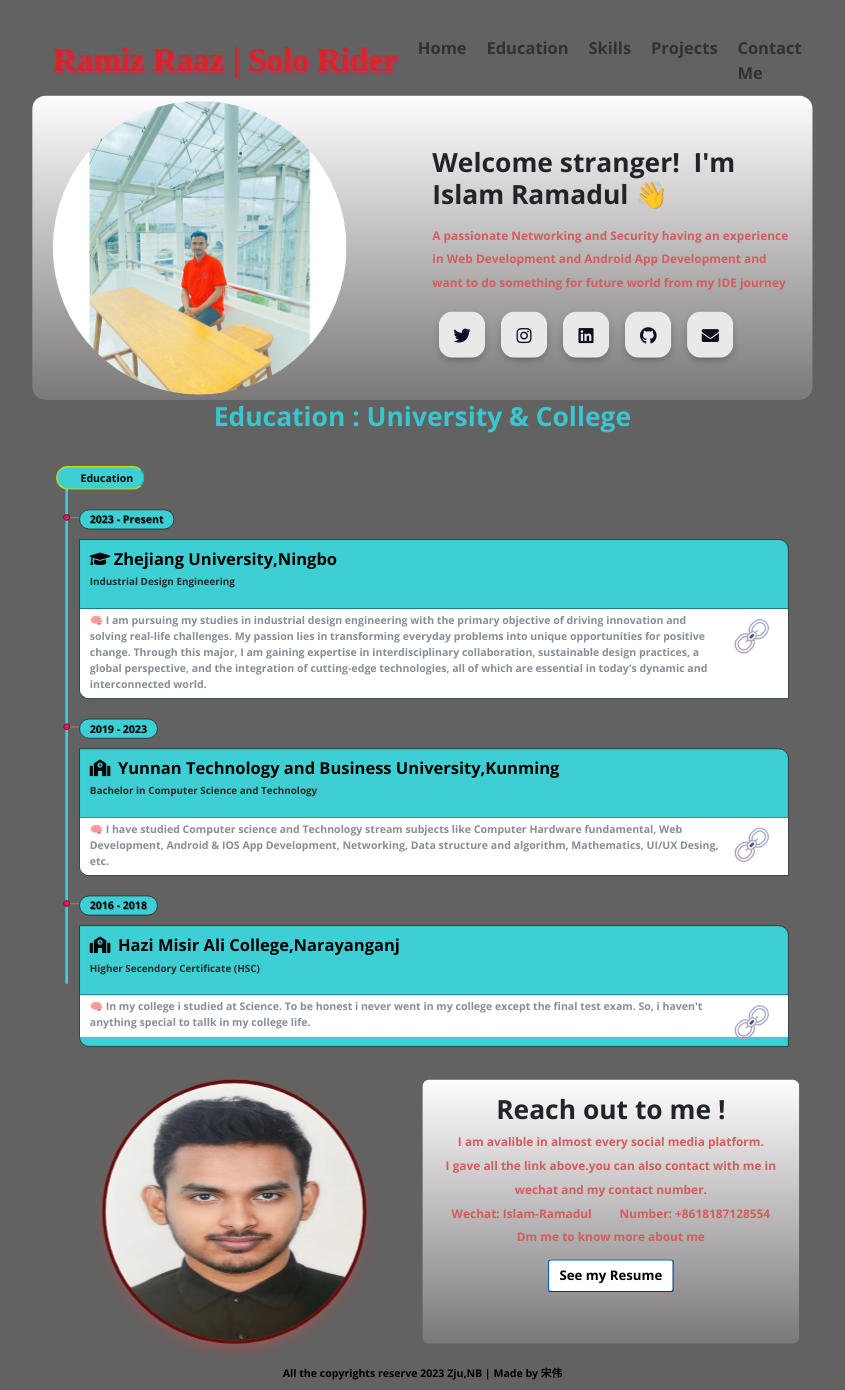
Repository: ramizraaz/ZjuProtfolio
Page: index.html
These files come from the project's save history. The page is drawn as it stood at one moment and after the next save; the edit follows.
The browser window is 1280 px wide. The pictures show the whole page, at 66% of full size.
The pointer rests on the first visible `.Resume`.
Some web fonts or font styles are not loaded; a fallback is used. Some web libraries are served in a nearby version.

Above is the page before, as saved 2023-10-08 19:53:06.

### index.html
<!DOCTYPE html>
<html lang="en" dir="ltr">

<head>
    <meta charset="utf-8">
    <meta name="viewport" content="width=device-width,initial-scale=1">
    <title>宋伟's Profile | Personal website</title>
    <link rel="icon" href="Image/RR.png">
    <link rel="stylesheet" href="https://stackpath.bootstrapcdn.com/bootstrap/4.5.0/css/bootstrap.min.css" integrity="sha384-9aIt2nRpC12Uk9gS9baDl411NQApFmC26EwAOH8WgZl5MYYxFfc+NcPb1dKGj7Sk" crossorigin="anonymous">
    <link rel="stylesheet" href="style.css">
    <link href="https://fonts.googleapis.com/css2?family=Arizonia&family=Montserrat:wght@400;800&display=swap" rel="stylesheet">
    <link href="https://fonts.googleapis.com/css2?family=Open+Sans:wght@700&display=swap" rel="stylesheet">
    <link rel="stylesheet" href="https://use.fontawesome.com/releases/v5.4.1/css/all.css" />
    <link rel="stylesheet" href="https://cdnjs.cloudflare.com/ajax/libs/font-awesome/5.13.1/css/all.min.css">
    <script src="https://code.jquery.com/jquery-3.5.1.slim.min.js" integrity="sha384-DfXdz2htPH0lsSSs5nCTpuj/zy4C+OGpamoFVy38MVBnE+IbbVYUew+OrCXaRkfj" crossorigin="anonymous"></script>
    <script src="https://cdn.jsdelivr.net/npm/popper.js@1.16.0/dist/umd/popper.min.js" integrity="sha384-Q6E9RHvbIyZFJoft+2mJbHaEWldlvI9IOYy5n3zV9zzTtmI3UksdQRVvoxMfooAo" crossorigin="anonymous"></script>
    <script src="https://stackpath.bootstrapcdn.com/bootstrap/4.5.0/js/bootstrap.min.js" integrity="sha384-OgVRvuATP1z7JjHLkuOU7Xw704+h835Lr+6QL9UvYjZE3Ipu6Tp75j7Bh/kR0JKI" crossorigin="anonymous"></script>
</head>

<body class="container-fluid body_section">
    <header>
        <nav class="navbar navbar-expand-lg navbar-light ">
            <a class="navbar-brand brand-name" href="#">Ramiz Raaz | Solo Rider</a>
            <button class="navbar-toggler" type="button" data-toggle="collapse" data-target="#navbarSupportedContent" aria-controls="navbarSupportedContent" aria-expanded="false" aria-label="Toggle navigation">
                  <span class="navbar-toggler-icon"></span>
                </button>
            <div class="collapse navbar-collapse" id="navbarSupportedContent">
                <ul class="navbar-nav ml-auto">
                    <li class="nav-item">
                        <a class="nav-link headerachor" href="index.html">Home</a>
                    </li>

                    <li class="nav-item">
                        <a class="nav-link headerachor" href="#Education">Education</a>
                    </li>
                    <li class="nav-item">
                        <a class="nav-link headerachor" href="">Skills</a>
                    </li>
                    <li class="nav-item">
                        <a class="nav-link headerachor" href="">Projects</a>
                    </li>
                    <li class="nav-item">
                        <a class="nav-link headerachor" href="">Contact Me</a>
                    </li>
                </ul>
        </nav>
    </header>
    <!-- Intro Section -->
    <section id="Home">
        <div class="row column1">
            <div class="col-lg-6 col-md-6 first-image">
                <img class="boyimage" src="img/me.gif" alt="">
            </div>
            <div class="col-lg-6 section-1">
                <h1 class="Hello">Welcome stranger!&nbsp&nbspI'm Islam Ramadul <span class="wave">👋</span></h1>
                <p>A passionate Networking and Security having an experience in Web Development and Android App Development and want to do something for future world from my IDE journey</p>
                <div class=social_media_icon>
                    <a class="btn" href="https://twitter.com/ramiz_raaz" target=_blank>
                        <i class="fab fa-twitter"></i>
                    </a>
                    <a class="btn" href="https://www.instagram.com/ramiz_raaz/" target=_blank>
                        <i class="fab fa-instagram"></i>
                    </a>
                    <a class="btn" href="https://www.linkedin.com/" target=_blank>
                        <i class="fab fa-linkedin" aria-hidden="true"></i>
                    </a>
                    <a class="btn" href="https://github.com/ramizraaz" target=_blank>
                        <i class="fab fa-github"></i>
                    </a>
                    <a class="btn" href="mailto:romiz.romeo.raaz@gmail.com/" target=_blank>
                        <i class="fa fa-envelope"></i>
                    </a>
                </div>
            </div>
    </section>
    <!-- Education Section -->
    <section id="Education">
        <div class="container">
            <div class="Heading">
                <h1>Education : University & College</h1>
                <br>
            </div>
            <div class="timeline">
                <div class="timeline-month">
                    Education
                </div>
                <div class="timeline-section">
                    <div class="timeline-date">
                        2023 - Present
                    </div>
                    <div class="row">
                        <div class="col-lg">
                            <div class="timeline-box">
                                <div class="box-title">
                                    <i class="fas fa-graduation-cap" aria-hidden="true"></i>Zhejiang University,Ningbo
                                    <p class="degree">Industrial Design Engineering</p>
                                </div>
                                <div class="box-content">
                                    <a class="btn-sm  float-right" role="button" href="https://www.zju.edu.cn/english/" target=_blank><img src="img/BTN.png" alt="visit here"></a>
                                    <div class="box-item">🧠 I am pursuing my studies in industrial design engineering with the primary objective of driving innovation and solving real-life challenges. My passion lies in transforming everyday problems into unique opportunities
                                        for positive change. Through this major, I am gaining expertise in interdisciplinary collaboration, sustainable design practices, a global perspective, and the integration of cutting-edge technologies, all of which
                                        are essential in today's dynamic and interconnected world.</div>
                                </div>
                            </div>
                        </div>
                    </div>
                </div>

                <div class="timeline-section">
                    <div class="timeline-date">
                        2019 - 2023
                    </div>
                    <div class="row">
                        <div class="col-lg">
                            <div class="timeline-box">
                                <div class="box-title">
                                    <i class="fas fa-school" aria-hidden="true"></i> Yunnan Technology and Business University,Kunming
                                    <p class="degree">Bachelor in Computer Science and Technology</p>
                                </div>
                                <div class="box-content">
                                    <a class="btn-sm  float-right" role="button" href="https://www.ytbu.edu.cn/" target=_blank><img src="img/BTN.png" alt="visit here"></a>
                                    <div class="box-item ">🧠 I have studied Computer science and Technology stream subjects like Computer Hardware fundamental, Web Development, Android & IOS App Development, Networking, Data structure and algorithm, Mathematics, UI/UX Desing,
                                        etc.
                                    </div>

                                </div>
                            </div>
                        </div>
                    </div>
                </div>

                <div class="timeline-section ">
                    <div class="timeline-date ">
                        2016 - 2018
                    </div>
                    <div class="row ">
                        <div class="col-lg ">
                            <div class="timeline-box ">
                                <div class="box-title ">
                                    <i class="fas fa-school " aria-hidden="true "></i> Hazi Misir Ali College,Narayanganj
                                    <p class="degree "> Higher Secendory Certificate (HSC)</p>
                                </div>
                                <div class="box-content ">
                                    <a class="btn-sm float-right " role="button" href="http://hmuc.edu.bd/" target=_blank><img src="img/BTN.png" alt="visit here"></a>
                                    <div class="box-item ">🧠 In my college i studied at Science. To be honest i never went in my college except the final test exam. So, i haven't anything special to tallk in my college life.</div>
                                    <div class="box-item "><b>
                                </div>
                            </div>
                        </div>
                    </div>
                </div>
            </div>
        </div>
    </section>
<!-- Contact Section -->
<section id="contact">
    <div class="row first-section">
        <div class="col-lg-6 col-md-6">
            <img class = "Profilepic" src="img/me.jpg" alt="">
        </div>
        <div class="col-lg-6 col-md-6 context">
            <h1>Reach out to me !</h1>
            <p>I am avalible in almost every social media platform.<br>
                I gave all the link above.you can also contact with me in wechat and my contact number.<br>
                Wechat: Islam-Ramadul &nbsp; &nbsp; &nbsp; &nbsp; Number: +8618187128554 <br>Dm me to know more about me</p>
                <a href="JCRN  Resume.pdf" target=_blank><button type="button" class=" btn-primary btn-lg Resume">See my Resume</button></a>
         </div>
    </div>
    </section>

    <footer class=footer>All the copyrights reserve 2023 Zju,NB | Made by 宋伟</footer>
</body>

</html>

### style.css
body {
    font-family: 'Open Sans', sans-serif;
    margin: 0;
    background: #b1adad;
    animation: pulse 10s infinite;
}

@keyframes pulse {
    0% {
        background: #F2F2F2;
    }
    10% {
        background: #FFFFFF;
    }
    20% {
        background: #d6d6d6e2;
        ;
    }
    30% {
        background: #acacacd8;
    }
    40% {
        background: #6b6b6bcf;
    }
    50% {
        background: #484848;
    }
    60% {
        background: #292929c8;
    }
    70% {
        background: #2f2e2ebc;
    }
    80% {
        background: #242424bb;
    }
    90% {
        background: #1e1e1ef7;
    }
    100% {
        background: #a6a6a6;
    }
}

.body_section {
    padding: 3% 5% 1%;
}

p {
    font-size: 18px;
}

a {
    text-decoration: none;
}

@font-face {
    font-family: "Lovely Home";
    src: local('Lovely Home'), url("Image/LovelyHome-9aBZ.ttf") format('truetype');
}

.brand-name,
.navbar-light .navbar-brand {
    font-family: "Lovely Home";
    font-size: 50px;
    font-weight: bold;
    color: #d72525e4;
    text-shadow: 2px 2px 4px #e71f4a;
}

.headerachor {
    margin: 0 7px 0 7px;
    border-radius: 15px;
    font-size: 25px;
}

.headerachor:hover {
    background-color: #ffffff82;
}


/* Section 1 */

.column1 {
    background-image: linear-gradient(#fefcfe, #7a7878);
    padding: 8px 16px;
    border-radius: 20px;
}

.section-1 {
    margin-top: 6%;
    text-align: left;
    position: relative;
}

span.wave {
    animation-name: wave-animation;
    animation-duration: 2.5s;
    animation-iteration-count: infinite;
    transform-origin: 70% 70%;
    display: inline-block;
}

@keyframes wave-animation {
    0% {
        transform: rotate( 0.0deg)
    }
    10% {
        transform: rotate(-10.0deg)
    }
    20% {
        transform: rotate( 12.0deg)
    }
    30% {
        transform: rotate(-10.0deg)
    }
    40% {
        transform: rotate( 9.0deg)
    }
    50% {
        transform: rotate( 0.0deg)
    }
    100% {
        transform: rotate( 0.0deg)
    }
}

.boyimage {
    height: 445px;
    border-radius: 50%;
}

@media only screen and (max-width: 1183px) {
    .first-image {
        right: 160px;
    }
}

.Image-boy {
    text-align: center;
    align-items: center;
}

@media only screen and (min-width:951px) {
    .Image-boy {
        display: none;
    }
}

.Hello {
    margin-bottom: 20px;
}

p {
    line-height: 2;
    color: #d35d5d;
}

.btn {
    display: inline-block;
    width: 4.37rem;
    height: 4.37rem;
    background: #e9e9e9;
    padding: 0px 0px;
    margin: 10px;
    border-radius: 30%;
    box-shadow: 0 5px 15px -5px #00000070;
    color: #0f0d20;
    overflow: hidden;
    position: relative;
}

.btn i {
    line-height: 70px;
    font-size: 1.625rem;
    transition: 0.2s linear;
}

.btn:hover i {
    transform: scale(1.3);
    color: #f1f1f1;
}

.btn::before {
    content: "";
    position: absolute;
    width: 120%;
    height: 120%;
    background: #f37312;
    transform: rotate(45deg);
    left: -110%;
    top: 90%;
}

.btn:hover::before {
    animation: aaa 0.7s 1;
    top: -10%;
    left: -10%;
}

@media only screen and (max-width:470px) {
    .btn {
        width: 2.5rem;
        height: 2.5rem;
        margin: 7px;
    }
    .btn i {
        line-height: 40px;
        font-size: 1em;
    }
}


/* Education CSS */

.Heading {
    text-align: center;
    color: #3ac6ce;
}

.timeline {
    margin-top: 20px;
    position: relative;
}

.timeline:before {
    position: absolute;
    content: '';
    width: 4px;
    height: calc(100% - 100px);
    background: #3dcfd4;
    left: 14px;
    top: 5px;
    border-radius: 4px;
}

.timeline-month {
    color: black;
    position: relative;
    padding: 4px 15px 4px 35px;
    background-color: #3dcfd4;
    display: inline-block;
    width: auto;
    border-radius: 40px;
    border: 2px solid #c3e006;
    border-right-color: rgb(6, 193, 183);
    margin-bottom: 30px;
}

.timeline-section {
    padding-left: 35px;
    display: block;
    position: relative;
    margin-bottom: 30px;
}

.timeline-date {
    margin-bottom: 15px;
    padding: 2px 15px;
    background: #3dcfd4;
    position: relative;
    display: inline-block;
    border-radius: 20px;
    border: 1px solid #1b1717;
    color: black;
    text-shadow: 1px 1px 1px rgba(0, 0, 0, 0.3);
}

.timeline-section:before {
    content: '';
    position: absolute;
    width: 30px;
    height: 1px;
    background-color: #e89014;
    top: 12px;
    left: 20px;
}

.timeline-section:after {
    content: '';
    position: absolute;
    width: 10px;
    height: 10px;
    background: #f3155b;
    top: 7px;
    left: 11px;
    border: 1px solid #17191B;
    border-radius: 100%;
}

.timeline-box {
    position: relative;
    color: black;
    background-color: #3dcfd4;
    border-radius: 15px;
    border-top-left-radius: 0px;
    border-bottom-right-radius: 0px;
    border: 1px solid #17191B;
    transition: all 0.3s ease;
    overflow: hidden;
}

.box-icon {
    position: absolute;
    right: 5px;
    top: 0px;
}

.box-title {
    padding: 10px 15px;
    font-size: 25px;
    border-bottom: 1px solid #17191B;
}

.degree {
    font-size: 15px;
    color: #2b2b2b;
}

.box-title i {
    margin-right: 5px;
}

.box-content {
    padding: 5px 15px;
    background-color: white;
}

.box-item {
    margin-bottom: 5px;
    color: #868e96;
    font-weight: 400;
}

.certificate {
    padding-top: 20px;
}

.certificate-text {
    text-align: center;
}

.box-shadow {
    box-shadow: 5px 5px 5px #d9dbdf;
}


/* Contact style */

#contact {
    padding: 20px 20px 10px;
}

.first-section {
    text-align: center;
}

.Profilepic {
    border-radius: 100%;
    width: 400px;
    height: 400px;
    border: 5px solid;
    border-color: #660c0c;
    box-shadow: 0 10px 30px -15px rgba(230, 71, 71, 0.897);
    ;
}

.context {
    border-radius: 10px;
    background-image: linear-gradient(#fefcfe, #7a7878);
    text-align: center;
    padding-top: 20px;
}

.Resume {
    background-color: #d83535;
}

.Resume:hover {
    color: black;
    background-color: white;
}

footer {
    padding-top: 2%;
    color: #000000;
    text-align: center;
}

After the next save:
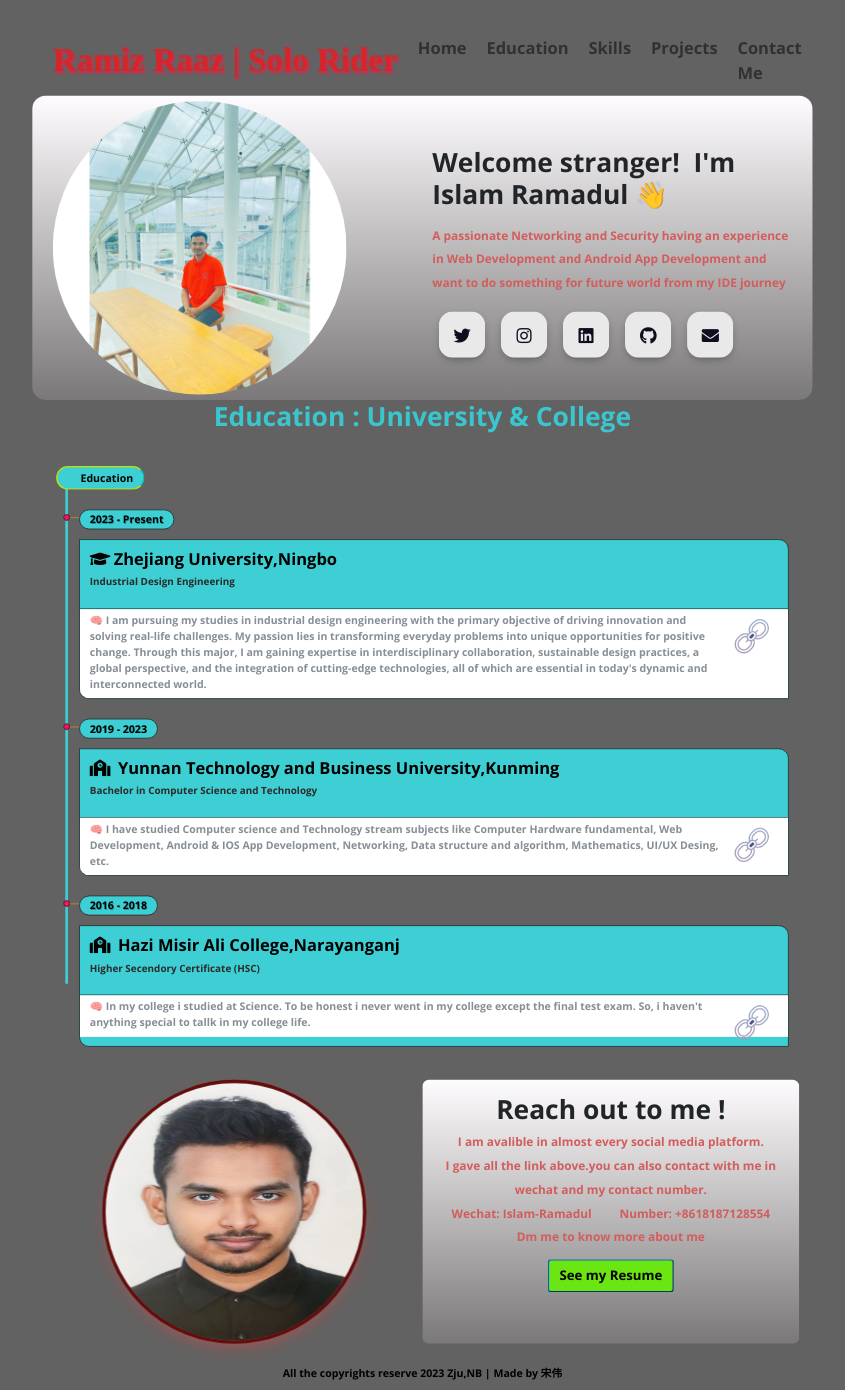
Saved 6 s later.
--- a/style.css
+++ b/style.css
@@ -378,7 +378,7 @@ p {
 
 .Resume:hover {
     color: black;
-    background-color: white;
+    background-color: rgb(107, 230, 19);
 }
 
 footer {
